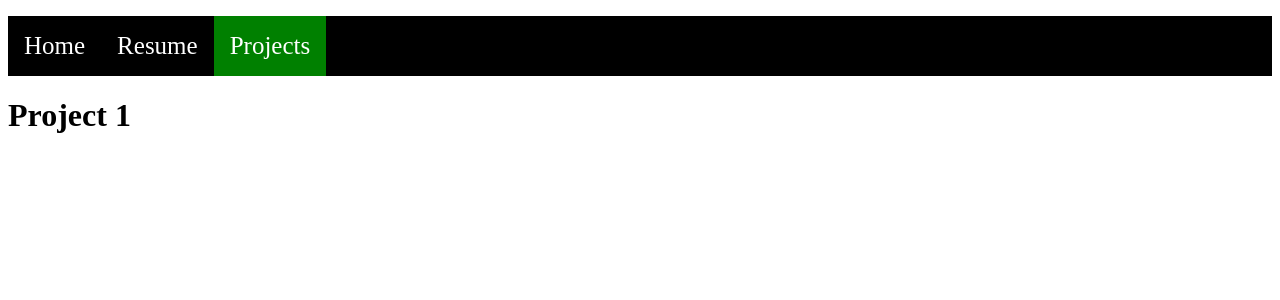
Repository: Coli-Pixel/Coli-Pixel.github.io
Page: project1.html
The author's editor kept a record of every edit. The page is drawn from the files as they stood at one moment, then again after the next edit.
The browser window is 1280 px wide. The pictures show the whole page.

Above is the page before.

### project1.html
<!DOCTYPE html>
<html>
    <head>
        <title>Home</title>
        <link rel="stylesheet" type="text/css" href="style.css">
    </head>
    <body>
        <ul class="navbar">
            <li ><a href="/index.html">Home</a></li>
            <li><a href="/resume.html">Resume</a></li>
            <li class = "dropdown">
                <div class="active">Projects</div>
                <ul class="dropdown-content">
                    <li><a href="#">Project 1</a></li>
                    <li><a href="#">Project 2</a></li>
                    <li><a href="#">Project 3</a></li>
                </ul>
            </li>
        </ul>
        <h1>Project 1</h1>
    </body>
</html>

### style.css
            .navbar{
                list-style: none;
                background-color: black;
                overflow: hidden;
                padding: 0;
            }
            .navbar a, .dropdown div{
                text-decoration: none;
                color: white;
                font-size: 25px;
                padding:16px;
                display:inline-block;
            }
            .navbar li{
                float: left;
            }
            .navbar li:hover{
                background-color:goldenrod;
            }
            .dropdown-content{
                list-style:none;
                display: none;
                padding:0;
                position:absolute;
                z-index: 2;
                background-color: goldenrod;
            }
            .dropdown-content li{
                float:none;
                padding: 0;
            }
            .dropdown-content li:hover{
                background-color:red;
            }
            .dropdown:hover .dropdown-content{
                display:block;
            }
            .active{
                background-color: green;
            }

After the next edit:
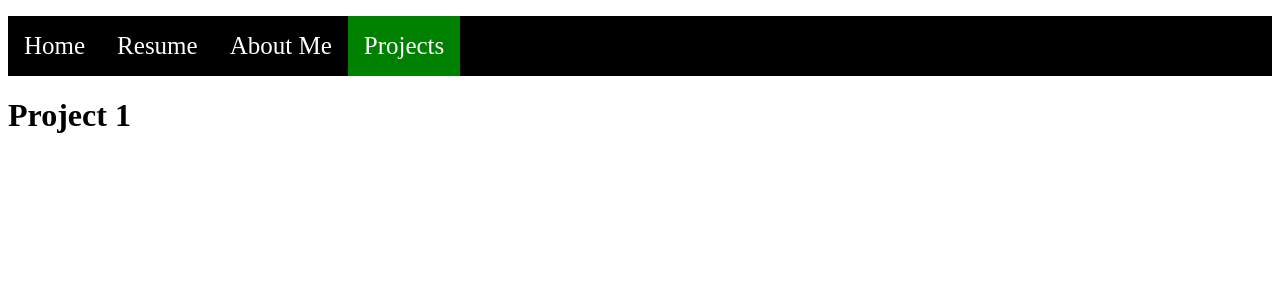
The edit:
--- a/project1.html
+++ b/project1.html
@@ -8,6 +8,7 @@
         <ul class="navbar">
             <li ><a href="/index.html">Home</a></li>
             <li><a href="/resume.html">Resume</a></li>
+            <li><a href="/about-me.html">About Me</a></li>
             <li class = "dropdown">
                 <div class="active">Projects</div>
                 <ul class="dropdown-content">
